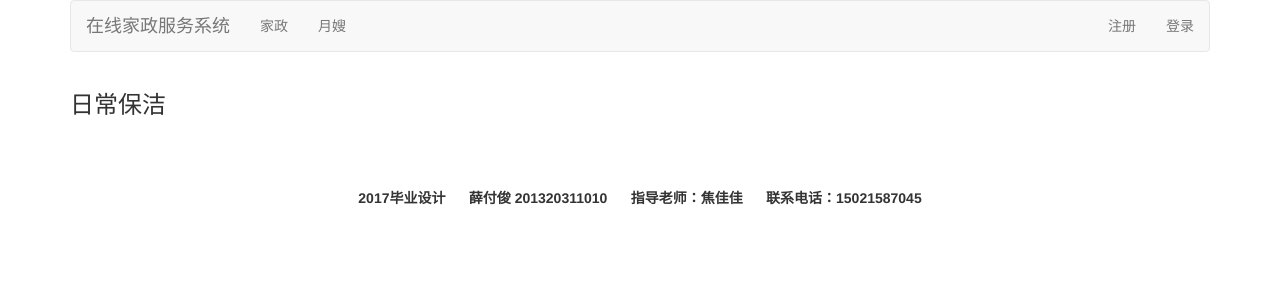
Repository: ELeonCXFJ/MyEclipseWS
Page: http://localhost/MyWeb/jsps/product/keeper/dailywork.jsp
An editor plug-in stored every save of this project. The page is shown before and after a run of saves, followed by the edit.
The browser window is 1280 px wide. The pictures show the whole page.
The page is served by Tomcat 9. Nobody is signed in. The application's start-up code is not run. Other server files are loaded and not shown.

Above is the page before, as saved 2017-03-21 04:20:23.

### MyWeb/WebRoot/jsps/product/keeper/dailywork.jsp
<%@ page trimDirectiveWhitespaces="true" language="java" import="java.util.*" pageEncoding="UTF-8"%>
<%@ taglib prefix="c" uri="http://java.sun.com/jsp/jstl/core" %>

<!DOCTYPE html>
<html>
<head>
   <meta charset="utf-8">
   <title>日常保洁</title>
   <script src="<c:url value='/vendor/jquery/jquery.min.js'/>"></script>
   <script src="<c:url value='/vendor/bootstrap/js/bootstrap.min.js'/>"></script>
   <link rel="stylesheet" href="<c:url value='/vendor/bootstrap/css/bootstrap.min.css'/>" />

</head>
<body>

<div class="container">
	<div class="row clearfix">
	<c:import url="/top.jsp" />

		<div class="col-lg-12 col-md-12 col-xs-12 col-sm-12">
			<h3>日常保洁</h3>

		</div>

	</div>
</div>	<!-- container -->
	<c:import url="/bottom.jsp"></c:import>
</body>
</html>

### MyWeb/WebRoot/top.jsp
<%@ page language="java" import="java.util.*" pageEncoding="UTF-8"%>
<%@ taglib prefix="c" uri="http://java.sun.com/jsp/jstl/core" %>

<!DOCTYPE html>
<html>
<head>
   <meta charset="utf-8">
   <title>导航栏</title>
</head>
<body>

<div class="container" align="center">
	<div class="row clearfix">
		<div class="col-lg-12 col-md-12 col-xs-12 col-sm-12">
			<nav class="navbar navbar-default" role="navigation">
				<div class="navbar-header">
					 <button type="button" class="navbar-toggle" data-toggle="collapse" data-target="#bs-example-navbar-collapse-1"> <span class="sr-only">Toggle navigation</span><span class="icon-bar"></span><span class="icon-bar"></span><span class="icon-bar"></span></button> <a class="navbar-brand" href="<c:url value='/index.jsp'/>">在线家政服务系统</a>
				</div>
				<div class="collapse navbar-collapse" id="bs-example-navbar-collapse-1">
					<ul class="nav navbar-nav">
						<li >
							 <a href="#">家政</a>
						</li>
						<li>
							 <a href="#">月嫂</a>
						</li>
					</ul>
					<ul class="nav navbar-nav navbar-right">
					<c:choose>
						<c:when test="${empty sessionScope.sessionUser }">
							<li>
								 <a href="<c:url value='/jsps/user/register.jsp'/>">注册</a>
							</li>
							<li>
								<a href="<c:url value='/jsps/user/login.jsp' />">登录</a>
							</li>
						</c:when>

						<c:otherwise>
							<li>
								 <a href="<c:url value='/OrderServlet?method=getMyOrder'/>">我的订单</a>
							</li>
							<li>
								 <a href="<c:url value='/jsps/user/pwd.jsp'/>">修改密码</a>
							</li>
							<li>
								 <a href="#">购物车</a>
							</li>
							<li>
								<a href="<c:url value="/UserServlet?method=exit"/>">退出</a>
							</li>
						</c:otherwise>
					</c:choose>
					</ul>
				</div>
			</nav>
		</div>
	</div>
</div>
</body>

### MyWeb/WebRoot/bottom.jsp
<%@ page language="java" import="java.util.*" pageEncoding="UTF-8"%>
<%@ taglib prefix="c" uri="http://java.sun.com/jsp/jstl/core" %>

<!DOCTYPE html>
<html>
<head>
   <meta charset="utf-8">
   <title>页脚</title>
   <link rel="stylesheet" href="./vendor/bootstrap/css/bootstrap.min.css">
   <script src="./vendor/bootstrap/js/bootstrap.min.js"></script>
</head>
<body>

	<div align="center">
		<label for=“bottom"></br></br></br>2017毕业设计&nbsp;&nbsp;&nbsp;&nbsp;&nbsp;&nbsp;薛付俊 201320311010&nbsp;&nbsp;&nbsp;&nbsp;&nbsp;&nbsp;指导老师：焦佳佳&nbsp;&nbsp;&nbsp;&nbsp;&nbsp;&nbsp;联系电话：15021587045</label>
	</div>
	<div style="display:none;">
		<label for="hide">bootstrapvalidator引用自：https://github.com/nghuuphuoc/bootstrapvalidator</label>
	</div>
</body>

After the next 2 saves:
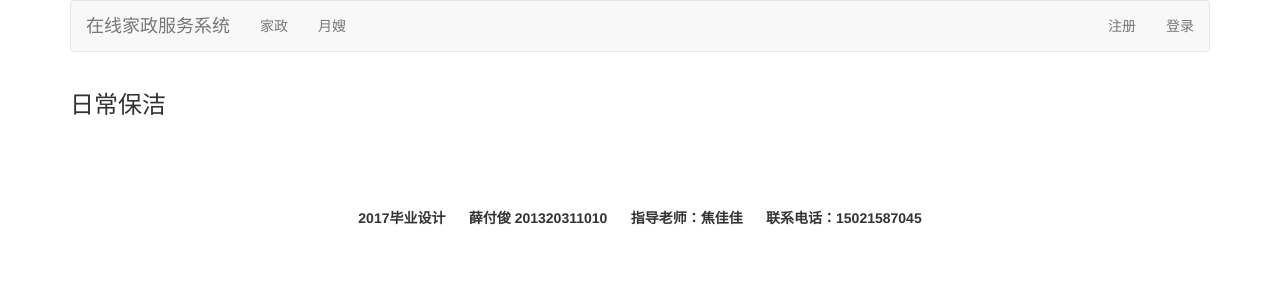
The 2 saves are shown as one change because they came seconds apart.
The last was saved 67 s later.
--- a/MyWeb/WebRoot/jsps/product/keeper/dailywork.jsp
+++ b/MyWeb/WebRoot/jsps/product/keeper/dailywork.jsp
@@ -19,7 +19,10 @@
 
 		<div class="col-lg-12 col-md-12 col-xs-12 col-sm-12">
 			<h3>日常保洁</h3>
+			<table class="table table-bordered">
 
+
+			</table>
 		</div>
 
 	</div>
